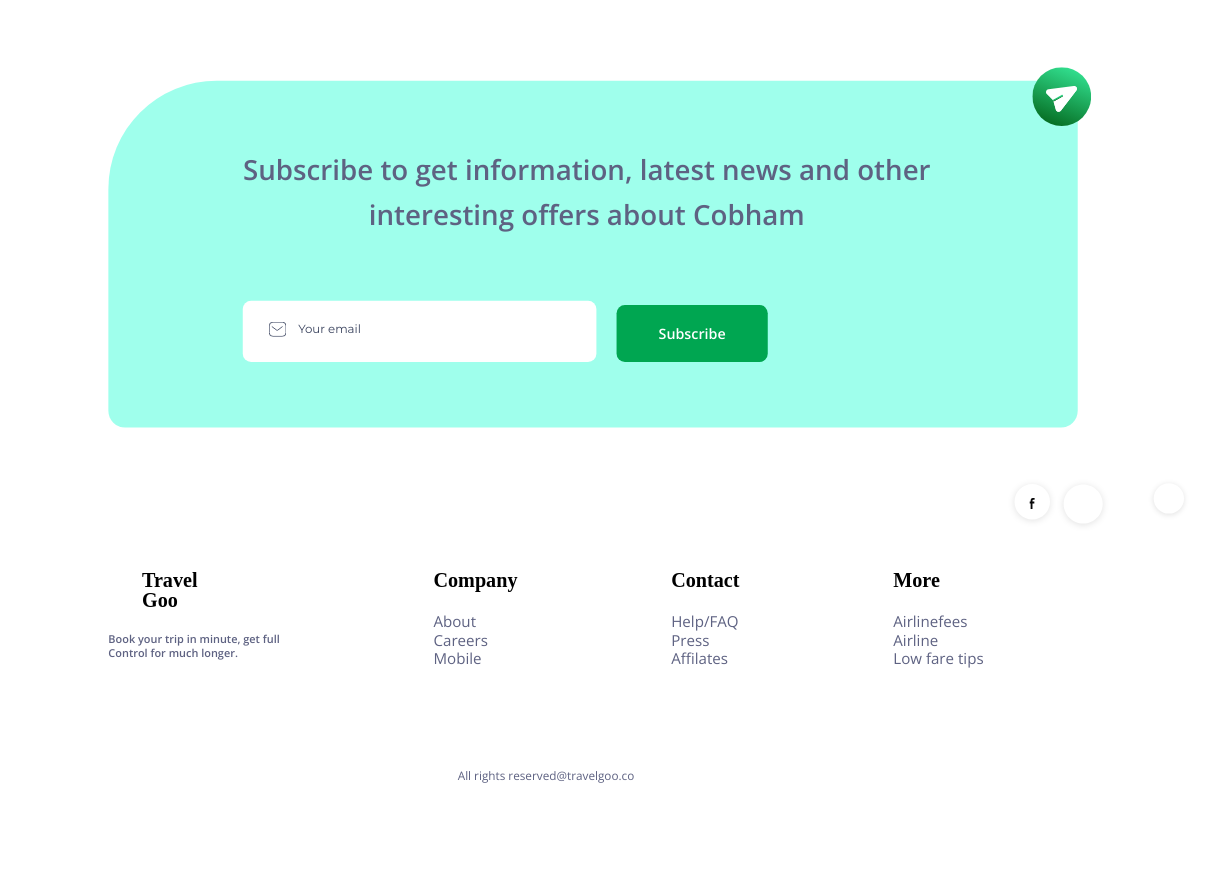
Repository: HeybetzadeQedim/task-5
Page: index.html
These files come from the project's save history. The page is drawn as it stood at one moment and after the next save; the edit follows.
The browser window is 1280 px wide. The page is 1462 px wide, then 1299 px, so the pictures cover 1462 px, including what lies to the right of the window. The pictures show the whole page, at 84% of full size.
Some web fonts or font styles are not loaded; a fallback is used.

Above is the page before, as saved 2023-10-16 16:05:47.

### index.html
<!DOCTYPE html>
<html lang="en">
  <head>
    <meta charset="UTF-8" />
    <meta name="viewport" content="width=device-width, initial-scale=1.0" />
    <title>Document</title>
    <link rel="stylesheet" href="./index.css" />
  </head>
  <body>
    <div class="container">
      <div class="relative-container">
        <div class="box-container">
          <h1>
            Subscribe to get information, latest news and other interesting
            offers about Cobham
          </h1>

          <div class="flex-container">
            <div class="flex-container-2">
              <img src="images/Group 46.svg" />
              <p>Your email</p>
            </div>
            <div class="button-container">
              <p>Subscribe</p>
            </div>
          </div>
        </div>
        <div class="image-container">
          <img src="images/Group 77 (1).svg" />
        </div>
      </div>

      <div class="main-container">
        <div class="main-box">
          <div class="position-container">
            <h2>
              Travel<br />
              Goo
            </h2>
            <p>
              Book your trip in minute, get full<br />
              Control for much longer.
            </p>
          </div>


            <ul>
                <h2>Company</h2>
              <li>About</li>
              <li>Careers</li>
              <li>Mobile</li>
            </ul>

            <ul>
                <h2>Contact</h2>
              <li>Help/FAQ</li>
              <li>Press</li>
              <li>Affilates</li>
            </ul>
            <ul>
                <h2>More</h2>
              <li>Airlinefees</li>
              <li>Airline</li>
              <li>Low fare tips</li>

          <div class="last-container">
            <div class="circle-box">
                <img src="images/Social.svg" />
                <img src="images/Background (1).svg" />
                <img src="images/Background (1).svg" />
            </div>

            <!-- <img src="images/Play Store.svg" />
            <img src="images/Play Store.svg" /> -->
          </div>
        </div>
        <div class="footer-box">
          <p>All rights reserved@travelgoo.co</p>
        </div>
      </div>
    </div>
  </body>
</html>

### index.css
@import url("https://fonts.googleapis.com/css2?family=Laila:wght@700&family=Montserrat&family=Open+Sans:wght@400;600;700&display=swap");
* {
  padding: 0;
  margin: 0;
  box-sizing: border-box;
}
.container {
  padding: 96px 109px 64px 129px;
}
.box-container {
  padding: 79px 175px 78px 160px;
  border-radius: 0px 24px 0px 50px;
  display: inline-block;
  background: #9fffec;
  border-radius: 129px 20px 20px 20px;
}
.box-container h1 {
  width: 819px;
  color: var(--TEXT-CLR, #5e6282);
  text-align: center;
  font-family: Open Sans;
  font-size: 33px;
  font-style: normal;
  font-weight: 600;
  line-height: 54px; /* 163.636% */
}
.box-container img:first-child {
  width: 70px;
  height: 70px;
}
.image-container {
  position: absolute;
  top: -16px;
  right: 0;
}
.relative-container {
  width: 1170px;
  position: relative;
  margin-bottom: 170px;
}
.flex-container {
  display: flex;
}
.flex-container-2 {
  margin-top: 75px;
  padding: 25px 0 25px 31px;
  width: 421px;
  display: flex;
  border-radius: 10px;
  background: var(--white, #fff);
}
.flex-container-2 img:first-child {
  width: 21px;
  height: 18px;
}
.flex-container-2 p {
  margin-left: 14px;
  color: var(--TEXT-COLOR, #39425d);
  font-family: Montserrat;
  font-size: 14px;
  font-style: normal;
  font-weight: 400;
  line-height: normal;
}
.button-container p {
  margin-top: 80px;
  margin-left: 24px;
  padding: 22px 50px 23px 50px;
  border-radius: 10px;
  background-color: #00a651;
  display: inline-block;
  color: var(--white, #fff);
  text-align: center;
  font-family: Open Sans;
  font-size: 17px;
  font-style: normal;
  font-weight: 600;
  line-height: normal;
}
.main-container .main-box{
  display: flex;
  justify-content: space-between;
}
.position-container {
  /* position: absolute; */
}
.main-container h2 {
  margin-bottom: 25px;
  /* margin-left: 40px; */
  color: #000;
  font-family: Laila;
  font-size: 24px;
  font-style: normal;
  font-weight: 700;
  line-height: 102.5%;
}
.position-container h2{
  margin-left: 40px;
}
.main-container p {
  color: var(--TEXT-CLR, #5e6282);
  font-family: Open Sans;
  font-size: 13px;
  font-style: normal;
  font-weight: 600;
  line-height: 124.5%;
}

.li-container li {
  list-style-type: none;
  color: var(--black, #080809);
  font-family: Open Sans;
  font-size: 21px;
  font-style: normal;
  font-weight: 700;
  line-height: 124.5%;
}

.li-container-2 {
  margin-top: 45px;
  /* margin-left: 400px; */
}

.li-container-2 li {
  list-style-type: none;
  color: var(--TEXT-CLR, #5e6282);
  font-family: Open Sans;
  font-size: 18px;
  font-style: normal;
  font-weight: 400;
  line-height: 124.5%;
}
.li-container-2 li:first-child {
  margin-right: 50px;
}
.li-container-2 li:nth-child(2) {
  margin-left: 102px;
  margin-right: 102px;
}
.li-container-3 {
  margin-top: 18px;
  /* margin-left: 400px; */
}
.li-container-3 ul {
  /* display: flex; */
}
 ul li  {
  list-style-type: none;
  color: var(--TEXT-CLR, #5e6282);
  font-family: Open Sans;
  font-size: 18px;
  font-style: normal;
  font-weight: 400;
  line-height: 124.5%;
}

.li-container-4 li {
  list-style-type: none;
  color: var(--TEXT-CLR, #5e6282);
  font-family: Open Sans;
  font-size: 18px;
  font-style: normal;
  font-weight: 400;
  line-height: 124.5%;
}

.last-container {
  position: absolute;
  top: 570px;
  left: 1200px;
}
.last-container p {
  /* margin-right: 160px; */
  margin-bottom: 22px;
  margin-top: 37px;
  color: var(--TEXT-CLR, #5e6282);
  font-family: Open Sans;
  font-size: 20px;
  font-style: normal;
  font-weight: 400;
  line-height: 124.5%;
  letter-spacing: 0.1px;
}
.last-container img:first-child {
  width: 58px;
  height: 58px;
}
.last-container img:nth-child(2) {
  width: 63px;
  height: 63px;
}
.last-container img:nth-child(3) {
  /* margin-right: 150px; */
  width: 58px;
  height: 58px;
}
.last-container img:nth-child(4) {
  width: 141px;
  height: 49px;
}
.last-container img:last-child {
  /* margin-right: 40px; */
  width: 141px;
  height: 49px;
}
.footer-container p {
  color: var(--3rd, #e5e5e5);
  font-family: Roboto;
  font-size: 22px;
  font-style: normal;
  font-weight: 400;
  line-height: normal;
}
.footer-box p {
  margin-top: 120px;
  margin-bottom: 64px;
  text-align: center;
  color: var(--TEXT-CLR, #5e6282);
  font-family: Open Sans;
  font-size: 14px;
  font-style: normal;
  font-weight: 400;
  line-height: 124.5%;
}
.flex-box {
  display: flex;
}
.flex-box-2 {
  margin-right: 22px;
  margin-left: 22px;
}
.flex-box-3 {
  margin-right: 22px;
}
.flex-box-4 {
  margin-left: 22px;
  margin-right: 22px;
}
.flex-box-5 {
  margin-right: 22px;
}
.circle-box {
  display: flex;
}

After the next save:
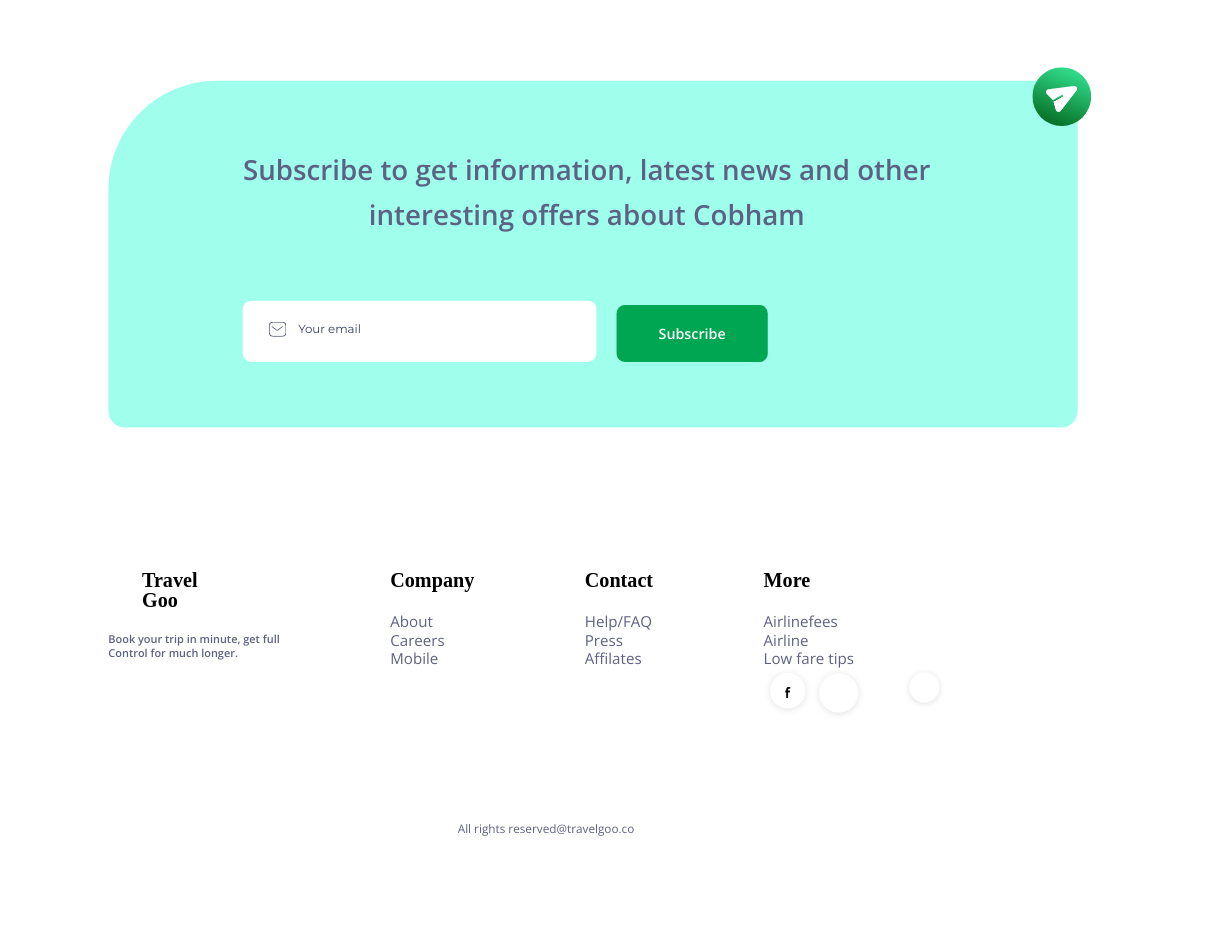
Saved 19 s later.
--- a/index.css
+++ b/index.css
@@ -165,9 +165,9 @@
 }
 
 .last-container {
-  position: absolute;
+  /* position: absolute;
   top: 570px;
-  left: 1200px;
+  left: 1200px; */
 }
 .last-container p {
   /* margin-right: 160px; */
